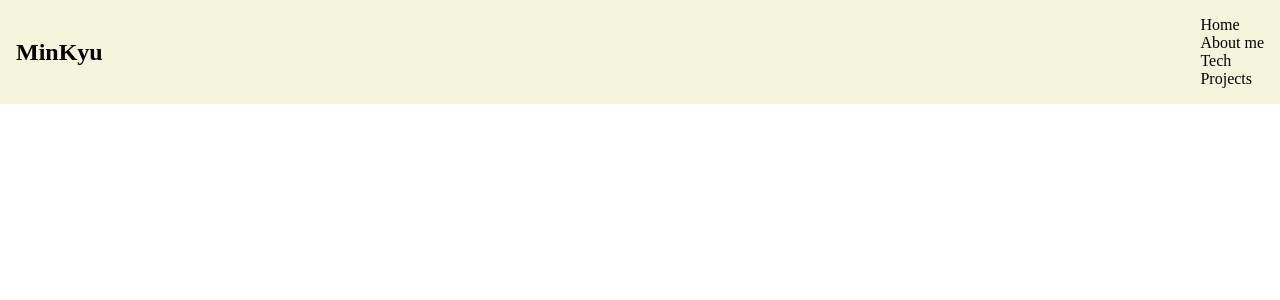
Repository: alsrb0504/portfolio-blog
Page: /
These files come from the project's save history. The page is drawn as it stood at one moment and after the next save; the edit follows.
The browser window is 1280 px wide. The pictures show the whole page.
The project was rebuilt for these pictures with package versions that can differ from the ones it lists, and the page was loaded fresh each time. Also part of the build but not shown: src/app.module.css.

Above is the page before, as saved 2021-07-12 15:44:57.

After the next save:
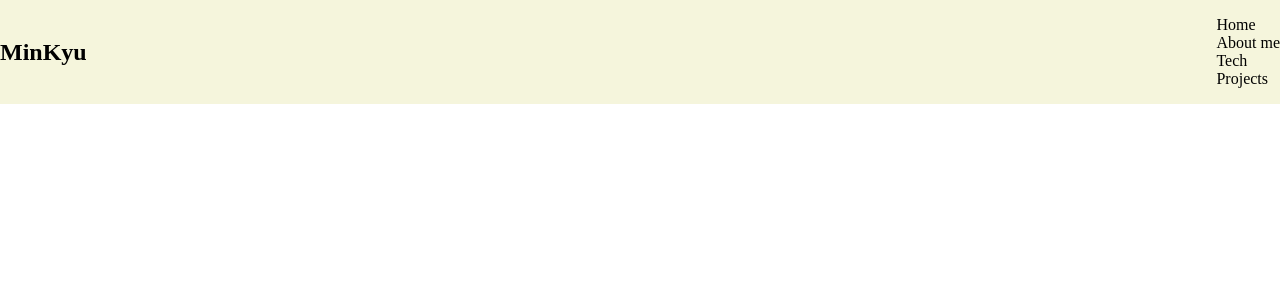
Saved 4 s later.
--- a/src/components/header/header.module.css
+++ b/src/components/header/header.module.css
@@ -1,7 +1,7 @@
 .header {
   background-color: beige;
   width: 100%;
-  padding: 1rem;
+  padding: 1rem 0;
   display: flex;
   justify-content: space-between;
   align-items: center;
